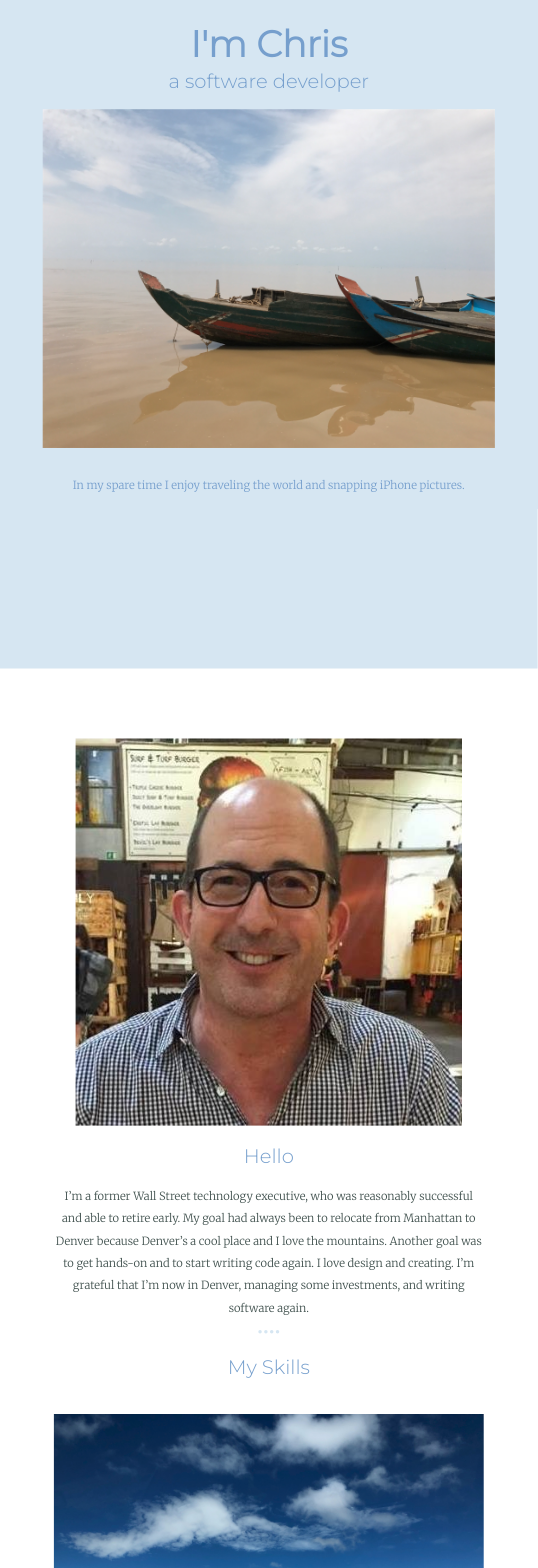
Repository: EpiTao-LLC/Personal_web_page
Page: index.html
These files come from the project's save history. The page is drawn as it stood at one moment and after the next save; the edit follows.
The browser window is 768 px wide. The pictures show the part of the page from y = 0 to 2240 px (the page is 4374 px tall before and 4387 px after), at 70% of full size.

Above is the page before, as saved 2020-10-11 21:40:37.

### index.html
<!DOCTYPE html>
<html lang="en">
<head>
    <!-- Global site tag (gtag.js) - Google Analytics -->
      <script async src="https://www.googletagmanager.com/gtag/js?id=UA-167786271-2"></script>
      <script>
        window.dataLayer = window.dataLayer || [];
        function gtag(){dataLayer.push(arguments);}
        gtag('js', new Date());
        gtag('config', 'UA-167786271-2');
      </script>
    <!-- Google Tag Manager -->
        <script>(function(w,d,s,l,i){w[l]=w[l]||[];w[l].push({'gtm.start':
        new Date().getTime(),event:'gtm.js'});var f=d.getElementsByTagName(s)[0],
        j=d.createElement(s),dl=l!='dataLayer'?'&l='+l:'';j.async=true;j.src=
        'https://www.googletagmanager.com/gtm.js?id='+i+dl;f.parentNode.insertBefore(j,f);
        })(window,document,'script','dataLayer','GTM-PZ9SPFX');</script>
  <!-- End Google Tag Manager -->
    <meta charset="UTF-8">
    <meta name="viewport" content="width=device-width, initial-scale=1.0">
    <title>Chris - Software Developer</title>
    <meta name="description" content="Website design and software development in React, Javascript, Python, Node JS, Express, EJS, MongoDB, SQL Server.  AWS and other cloud based solutions.  Portfolio, links and contact information.">
    <meta name="keywords" content="Website design, coding, software development, software engineering, React, Javascript, Node, Express, HTML, CSS, EJS, python, MongoDB, SQL Server, C programming, cloud, data analysis">


    <link rel="stylesheet" href="css/styles.css">
    <link href="https://fonts.googleapis.com/css2?family=Merriweather:wght@300&family=Montserrat:wght@300&family=Sacramento&display=swap" rel="stylesheet">
    <link rel="apple-touch-icon" sizes="180x180" href="favicon_package_v0.16/apple-touch-icon.png">
    <link rel="icon" type="image/png" sizes="32x32" href="favicon_package_v0.16/favicon-32x32.png">
    <link rel="icon" type="image/png" sizes="16x16" href="favicon_package_v0.16/favicon-16x16.png">
    <link rel="manifest" href="favicon_package_v0.16/site.webmanifest">
    <link rel="mask-icon" href="favicon_package_v0.16/safari-pinned-tab.svg" color="#5bbad5">
    <meta name="msapplication-TileColor" content="#da532c">
    <meta name="theme-color" content="#ffffff">
</head>
<body>
    <!-- Google Tag Manager (noscript) -->
      <noscript><iframe src="https://www.googletagmanager.com/ns.html?id=GTM-PZ9SPFX"
      height="0" width="0" style="display:none;visibility:hidden"></iframe></noscript>
    <!-- End Google Tag Manager (noscript) -->

    <div class = "top-container">
        <h1>I'm Chris</h1>
        <h2>a software developer</h2>
        <img class="cover-img" src="images/Boats in Cambodia.jpeg" alt="Boats in Cambodia image">
        <p>In my spare time I enjoy traveling the world and snapping iPhone pictures.</p>
      </div>
    <div class="middle-container">
        <div class="profile">
          <br>
          <img class="my-img" src="images/Holiday_Denmark.jpeg"  alt="Chris Pic">
          <h2>Hello</h2>
          <p>
            I’m a former Wall Street technology executive, who was reasonably successful and able to retire early.  My
            goal had always been to relocate from Manhattan to Denver because Denver’s a cool place and I love the mountains.
            Another goal was to get hands-on and to start writing code again. I love design and creating.   I’m grateful
            that I’m now in Denver, managing some investments, and writing software again.
            </p>
        </div>
        <hr>
        <div class="skills">
          <h2>My Skills</h2>
          <div class="skill-row">
            <img class="skills-img-1" src="images/Ecuador.JPEG" alt="Equador picture">
            <div >
            <h3 class="for-mobile">Design and Development</h3>
            <p> I started as a C developer in the database industry and understand what good design and code is all about.  On Wall Street I led development
              of mission critical financial systems for Goldman Sachs and other banks.  I’m now working with Javascript, React, Node, Express,
              Mongoose, and Bootstrap.  Full stack. I’ve also done a lot with Python.  Back in the day, I was a top relational
              database designer and an SQL wizard.
            </p>
             </div>
          </div>
          <div class="skill-row">
            <img class="skills-img-2" src="images/Ranch in Patagonia.JPEG" alt="Ranch in Patagonia">
            <h3 class="for-mobile">I Like People</h3>
            <p>Even more than I’m into writing code and learning new technologies, I really love working with people
              --clients and fellow developers.  Thoughout my career, I’ve sought consensus and understanding new perspectives.   In
              my mind, there is always something to learn from others.  As either a leader or a follower, it always feels
              good to be a member of a team.
            </p>
          </div>
        </div>
        <hr>
        <div class="contact-me">
          <h2>Get In Touch</h2>
          <h3>if you need some software development work (like a new website for your business),
             to partner on a project, or just to share some travel photos and stories.</h3>
          <p class="contact-message">I’m new to Denver, still establishing myself both socially and professionally.
            It would be great to connect.</p>
          <a class="btn" href="mailto:chris@epitao.com">CONTACT ME</a>
        </div>
      </div>
      <div class="bottom-container">
        <a class="footer-link" href="https://www.linkedin.com/in/christopheralarson//">LinkedIn</a>
        <a class="footer-link" href="https://www.facebook.com/chris.larson">Facebook</a>
        <a class="footer-link" href="/pages/portfolio.html">Portfolio</a>
        <a class="footer-link" href="https://github.com/clarson10024//">GitHub</a>
        <p class="copyright"> copyright © 2020 EpiTao LLC <br><br>
        <img class="logo-img" src="images/EpiTao_logo.jpg" alt="EpiTao logo">
        </p>
      </div>
</body>
</html>

### css/styles.css
body {
    margin: 0;
    margin: auto;
    text-align: center;
    font-family: 'Merriweather', serif;
    font-weight: normal;
    color:  #40514E;
}
h1 {
    margin: 0px auto 0 auto;
    font-family: 'Montserrat', sans-serif;
    font-size: 5rem;
    line-height: 2.0;
    color: #769FCD;
}
h2 {
    font-family: 'Montserrat', sans-serif;
    font-size: 2.5rem;
    font-weight: normal;
    color: #769FCD
}
h3 {
    font-family: 'Montserrat', sans-serif;
    font-weight: 900;
    color: #769FCD
}
p {
    line-height: 2;
}
hr {
    border-color:  #d6e6f2;
    border-width: 5px;
    border-style: dotted none none;
    height: 0px;
    width: 4%;
    margin: 100 auto 100 auto;
}
.top-container {
    background-color: #d6e6f2;
    color: #769FCD;
    position: relative;
    padding-top: 50px;
    padding-bottom: 100px;
}
.middle-container {
    max-width: 2000px;
    padding-top: 10px;
    padding-bottom: 5px;
    margin: 50px auto 100px auto;

}
.bottom-container {
    margin-top: 100px;
    padding: 30px 0 50px;
    font-size: 10px;
    background-color: #769FCD;
    color: #f7fbfc  ;
}
.profile{
    width: 50%;
    margin: 50px auto 100px auto;
    text-align: center;
}
.skills {
    margin-top: 50px;
}
.skill-row {
    width: 50%;
    margin: 50px auto 100px auto;
    text-align: left;
}
.contact-me {
    margin-top: 50px;
    margin-left: 50px;
    margin-right: 50px;

}
.contact-message {
    width: 60%;
    margin: 40px auto 60px;
}
.footer-link {
    font-size: 20px
}
.copyright {
    color: #b9d7ea;
    font-size: 0.5rem;
    padding: 20px 0;
}

.btn {
    background: #769FCD;
    background-image: -webkit-linear-gradient(top, #769FCD, #7A95C3);
    background-image: -moz-linear-gradient(top, #769FCD, #7A95C3);
    background-image: -ms-linear-gradient(top, #769FCD, #7A95C3);
    background-image: -o-linear-gradient(top, #769FCD, #7A95C3);
    background-image: linear-gradient(to bottom, #769FCD, #7A95C3);
    -webkit-border-radius: 8px;
    -moz-border-radius: 8px;
    border-radius: 8px;
    color: #FFFFFF;
    font-family: 'Montserrat', sans-serif;
    font-size: 14px;
    font-weight: 100;
    padding: 8px;
    border: solid #337FED 1px;
    text-decoration: none;
    display: inline-block;
    cursor: pointer;
    text-align: center;
}

.btn:hover {
    border: solid #337FED 1px;
    background: #7A95C3;
    background-image: -webkit-linear-gradient(top, #7A95C3, #769FCD);
    background-image: -moz-linear-gradient(top, #7A95C3, #769FCD);
    background-image: -ms-linear-gradient(top, #7A95C3, #769FCD);
    background-image: -o-linear-gradient(top, #7A95C3, #769FCD);
    background-image: linear-gradient(to bottom, #7A95C3, #769FCD);
    -webkit-border-radius: 7px;
    -moz-border-radius: 7px;
    border-radius: 7px;
    text-decoration: none;
}

a:link {
    font-family: 'Montserrat', sans-serif;
    text-decoration: none;
    color: #b9d7ea;
    margin: 10px 20px;

}
a:visited {
    color: #b9d7ea
}
a:hover{
    color: #f7fbfc
}
.cover-img {
    width: 70%;
    height: 70%;
    margin-bottom: 20px;
}
.profile{
    width: 50%;
    margin: 50px auto 100px auto;
    text-align: center;
}

.my-img {
    width: 45%;
    height: 45%;
    float: fit-content;
}

.skills-img-1 {
    width: 45%;
    height: 45%;
    float: left;
    margin-right: 30px;
}
.skills-img-2 {
    width: 45%;
    height: 45%;
    float: right;
    margin-left: 30px;
}
/* .input-button:focus {
    outline: 0;
} */
/* *:focus {
    outline: 0 !important;
} */
.input-button {
    display: block;
    border: none;
    background-color: transparent;
    outline: none;
    margin: 0;
    border: none;
    color: none;
    height: 0%;
    width: 0%;
}
.button-img-1:hover {
    transform: scale(1.10);
}
.button-img-1 {
    width: 70%;
    height: 70%;
    float: left;
    margin-right: -30%;
    outline: 0;
}
.button-img-2:hover {
    transform: scale(1.10);
}
.button-img-2 {
    width: 70%;
    height: 70%;
    float: right;
    margin-left: -30%;
    outline: none;
}
.logo-img {
    width: 2.0%;
    height: 2.0%;
}

  /* Mobile Styling */

  @media (max-width: 780px) {
    h1 {
        margin: 0px auto 0 auto;
        font-family: 'Montserrat', sans-serif;
        font-size: 3.25rem;
        line-height: .5;
        color: #769FCD;
    }
    h2 {
        font-family: 'Montserrat', sans-serif;
        font-size: 1.75rem;
        font-weight: normal;
        color: #769FCD
    }
    h3 {
        font-size: 1.25rem;
        margin-left: 20px;
        margin-right: 20px;
    }
    .profile{
        width: 80%;
        margin: 50px auto 10px auto;
        text-align: center;
        padding-bottom: %;
    }
    .skills {
        margin-top: 0px;
    }
    .top-container {
        position: relative;
        padding-left: 8%;
        padding-right: 8%;
        padding-bottom: 30%;
        margin-bottom: 5px;

    }

    .middle-container {
        text-align: center;
        position: relative;
        margin-top: 20px;
        margin-bottom: 50px;

    }
    .skills {
        align-content: center;
    }
    .skill-row {
        display: block;
        width: 80%;
        margin: 50px auto 50px auto;
        text-align: center;
    }
    .for-mobile {
        display: inline-flex;
        content: '\a\a';
        white-space: pre;
    }
    .my-img {
        width: 90%;
        height: 90%
    }
    .skills-img-1, .skills-img-2, .cover-img{

        width: 100%;
        height: 100%;
        padding: 0;
        float: fit-content;
        margin-left: 0px;
        margin-right: 0px;
        margin-bottom: 1rem;
    }
    .skills-img-1:after, .skills-img-2:after{
        display: inline-flex;
        content: '\a\a';
        white-space: pre;
    }
    .button-img-1, .button-img-2, .cover-img{
        width: 100%;
        height: 100%;
        padding: 0;
        float: fit-content;
        margin-left: 0px;
        margin-right: 0px;
        margin-bottom: 1rem;
    }
    .skills-img-1:after, .skills-img-2:after{
        display: inline-flex;
        content: '\a\a';
        white-space: pre;
    }
    .contact-me {
        margin-top: 50px;
        margin-left: 15px;
        margin-right: 15px;
        margin-bottom: 0px;
    }
    .contact-message {
        width: 80%;
        margin: 40px auto 60px;
    }

    .bottom-container {
        text-align: center;
        margin-top: 0px;
        padding: 15% 0 50px;
        font-size: 10px;
        background-color: #769FCD;
        color: #f7fbfc  ;
    }
    .logo-img {
        width: 5%;
        height: 5%;
    }
}
@media (hover: hover) {
    button:hover {
        outline:0;
    }
}

After the next save:
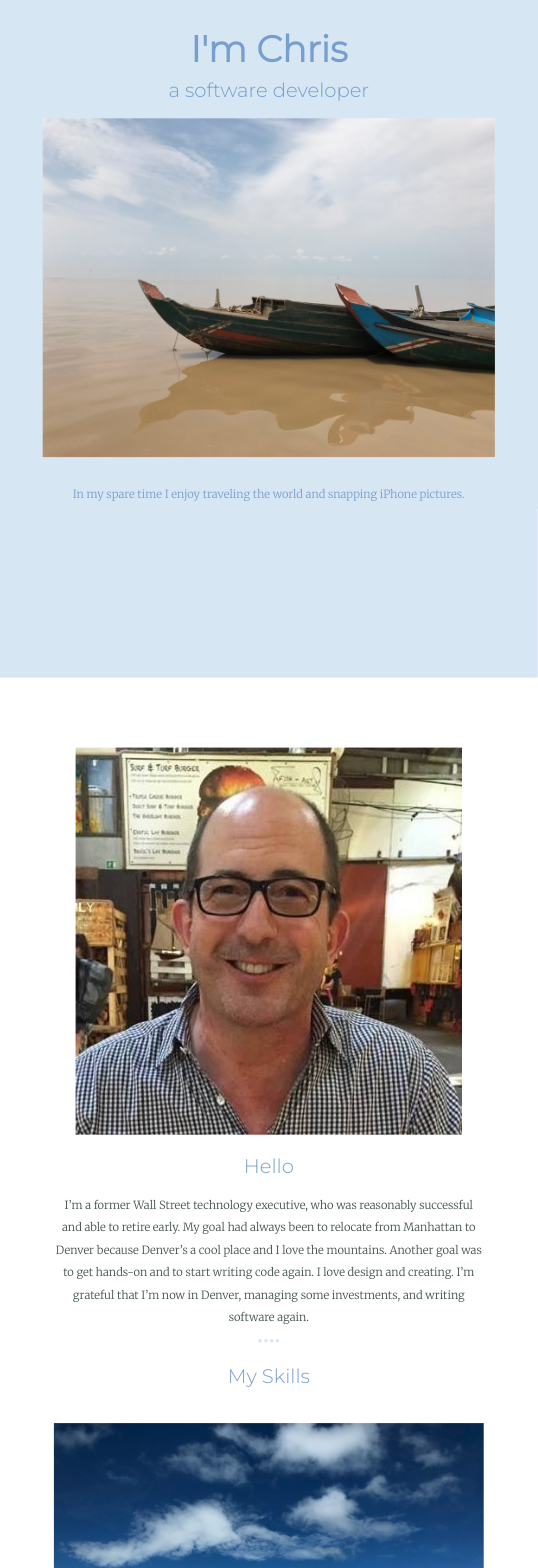
Saved 13 s later.
--- a/css/styles.css
+++ b/css/styles.css
@@ -215,7 +215,7 @@ a:hover{
         margin: 0px auto 0 auto;
         font-family: 'Montserrat', sans-serif;
         font-size: 3.25rem;
-        line-height: .5;
+        line-height: .75;
         color: #769FCD;
     }
     h2 {
